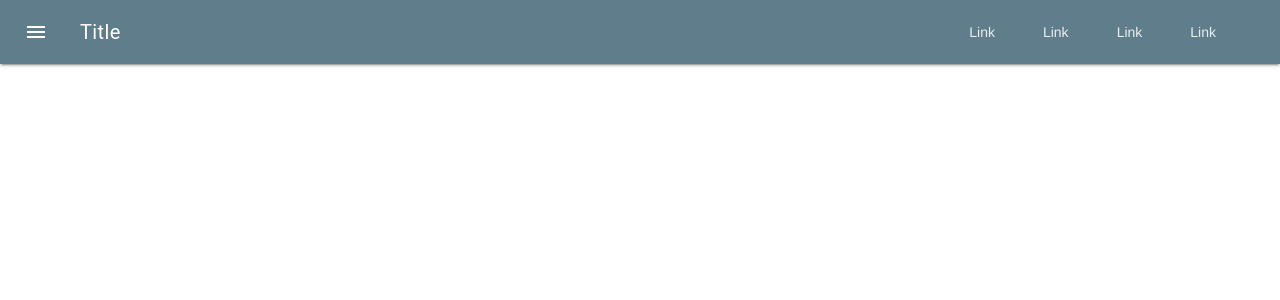
Repository: robertods/robertods.github.io
Page: my-pwa/mockups/main.html
The author's editor kept a copy of each file at every save. The page is drawn from the files as they stood at one save, then again after the next save.
The browser window is 1280 px wide. The pictures show the whole page.

Above is the page before, as saved 2022-04-25 20:32:32.

After the next save:
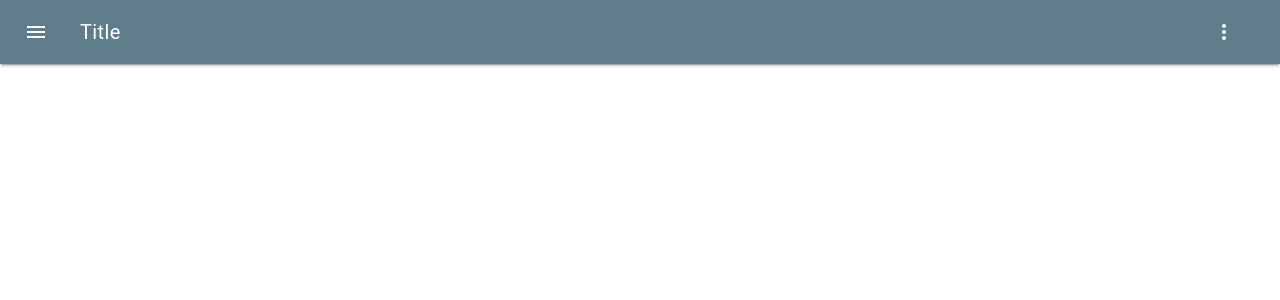
Saved 30 s later.
--- a/my-pwa/mockups/main.html
+++ b/my-pwa/mockups/main.html
@@ -18,12 +18,16 @@
         <!-- Add spacer, to align navigation to the right -->
         <div class="mdl-layout-spacer"></div>
         <!-- Navigation. We hide it in small screens. -->
-        <nav class="mdl-navigation mdl-layout--large-screen-only">
-          <a class="mdl-navigation__link" href="">Link</a>
-          <a class="mdl-navigation__link" href="">Link</a>
-          <a class="mdl-navigation__link" href="">Link</a>
-          <a class="mdl-navigation__link" href="">Link</a>
-        </nav>
+        <button id="demo-menu-lower-right" class="mdl-button mdl-js-button mdl-button--icon">
+          <i class="material-icons">more_vert</i>
+        </button>
+        <ul class="mdl-menu mdl-menu--bottom-right mdl-js-menu mdl-js-ripple-effect"
+            for="demo-menu-lower-right">
+          <li class="mdl-menu__item">Some Action</li>
+          <li class="mdl-menu__item">Another Action</li>
+          <li disabled class="mdl-menu__item">Disabled Action</li>
+          <li class="mdl-menu__item">Yet Another Action</li>
+        </ul>
       </div>
     </header>
     <div class="mdl-layout__drawer">
